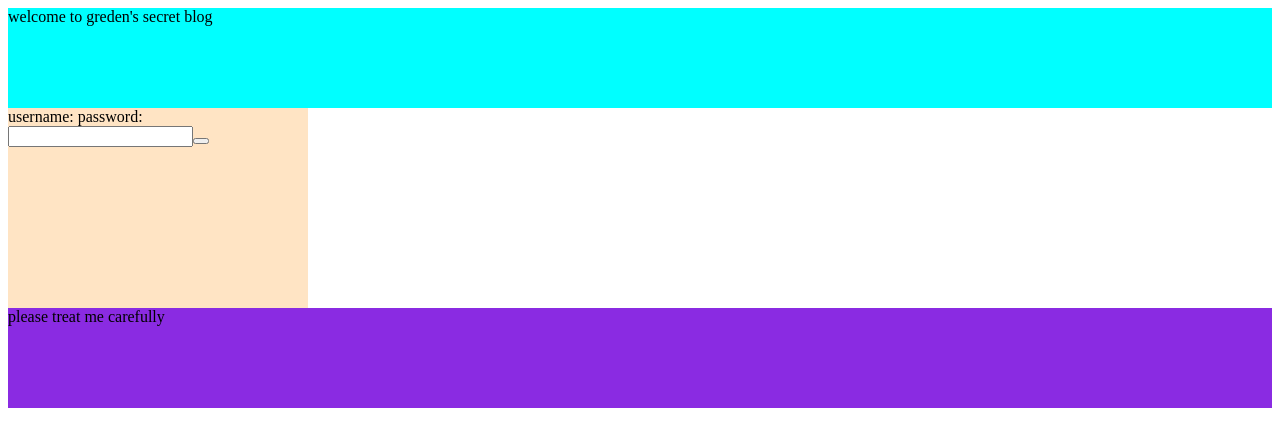
Repository: greden0814/myBlog
Page: /
These files come from the project's save history. The page is drawn as it stood at one moment and after the next save; the edit follows.
The browser window is 1280 px wide. The pictures show the whole page.
The project was rebuilt for these pictures with package versions that can differ from the ones it lists, and the page was loaded fresh each time.

Above is the page before, as saved 2021-07-10 18:33:06.

### index.html
<!DOCTYPE html>
<html>
  <head>
    <meta charset="utf-8">
    <meta name="viewport" content="width=device-width,initial-scale=1.0">
    <title>myblog</title>
  </head>
  <body>
    <div id="app"></div>
    <!-- built files will be auto injected -->
  </body>
</html>

### src/App.vue
<template>
  <div id="app">
    <!-- <img src="./assets/logo.png"> -->
    <router-view/>
  </div>
</template>

<script>
export default {
  name: 'App'
}
</script>

<style></style>

### src/router/index.js
import Vue from 'vue'
import Router from 'vue-router'

Vue.use(Router)

export default new Router({
  routes: [
    {
      path: '/',
      name: 'login',
      component: () => import('@/views/login'),
      children: [{
        path: '/login',
        name: 'login',
        component: () => import('@/views/login')
      }]
    }
  ]
})

### src/views/login/index.vue
<template>
  <div class="loginPage">
    <div class="header">welcome to greden's secret blog</div>
    <div class="body">
      <div class="loginZone">
          <el-form>
              <el-form-item>
                username: <el-input v-model="username" placeholder="username" />
              </el-form-item>
              <el-form-item>
                password: <el-input v-model="password" placeholder="password" />
              </el-form-item>
          </el-form>
        <input />
        <button ></button>
      </div>
    </div>
    <div class="footer">please treat me carefully</div>
  </div>
</template>

<script>
export default {
  data () {
    return {
      username: '',
      password: ''
    }
  },
  created () {},
  methods: {}
}
</script>

<style lang="less" scoped>
.loginPage {
  .header {
    height: 100px;
    background-color: aqua;
  }
  .body {
    .loginZone {
      height: 200px;
      width: 300px;
      background-color: bisque;
    }
  }
  .footer {
    height: 100px;
    background-color: blueviolet;
  }
}
</style>

Loaded but not shown: src/main.js (common file)

After the next save:
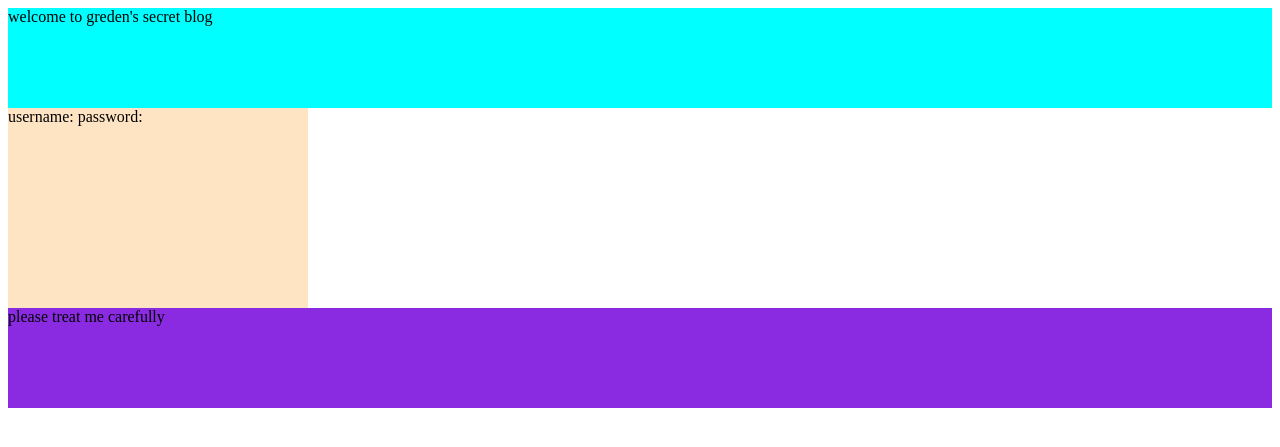
Saved 44 s later.
--- a/src/views/login/index.vue
+++ b/src/views/login/index.vue
@@ -11,8 +11,6 @@
                 password: <el-input v-model="password" placeholder="password" />
               </el-form-item>
           </el-form>
-        <input />
-        <button ></button>
       </div>
     </div>
     <div class="footer">please treat me carefully</div>
